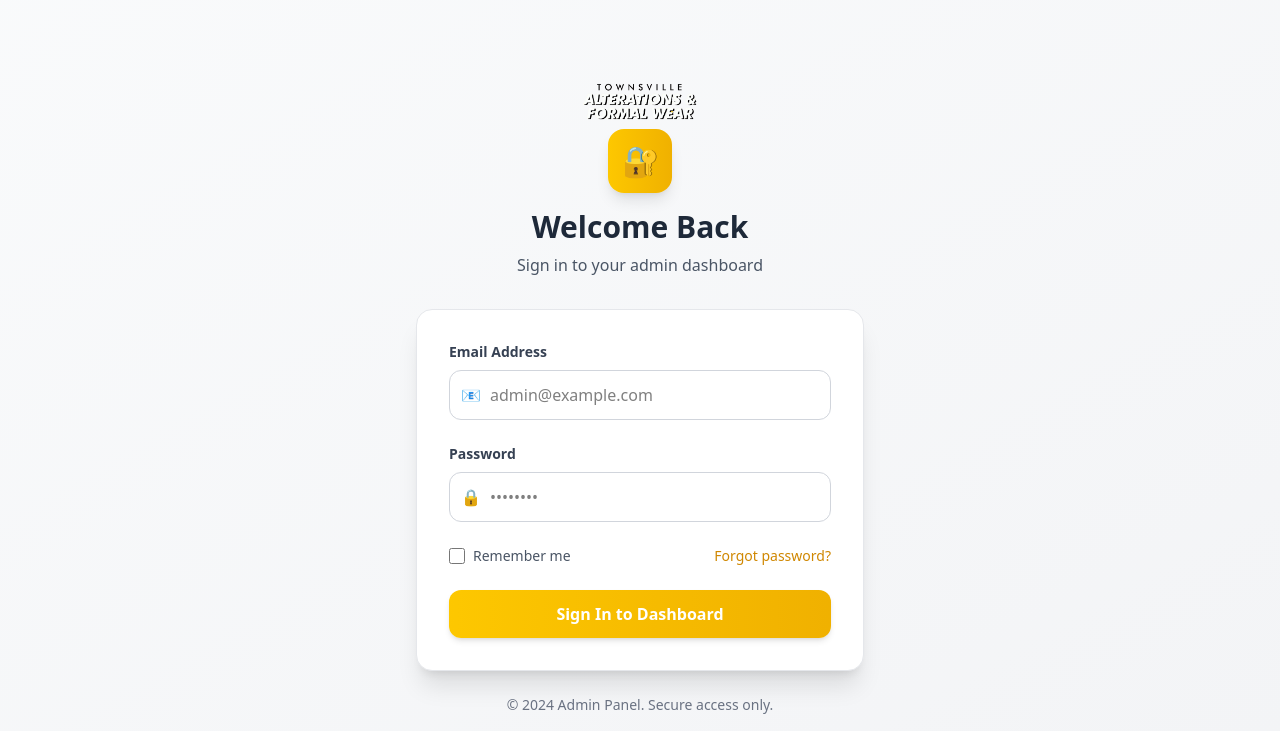
Repository: tarekhasan1/townsville-alteration
Page: /admin-dashboard
An editor plug-in stored every save of this project. The page is shown before and after the next save, followed by the edit.
The browser window is 1280 px wide. The pictures show the whole page.
The page's requests for data from a server got no answer. The project was rebuilt for these pictures with package versions that can differ from the ones it lists, and the page was loaded fresh each time. The framework's server and built-in components were replaced by stand-ins that run in the browser. No one was signed in, and anything a server would have sent is missing. Also part of the build but not shown: next.config.ts, src/components/Navbar.tsx, src/components/ContactSection.tsx, src/components/DevelopedBy.tsx, src/app/admin-dashboard/Sidebar.tsx, src/app/admin-dashboard/DashboardHeader.tsx, src/app/admin-dashboard/UploadSection.tsx, src/app/admin-dashboard/ImageGrid.tsx and 2 more.

Above is the page before, as saved 2026-01-21 05:08:27.

After the next save:
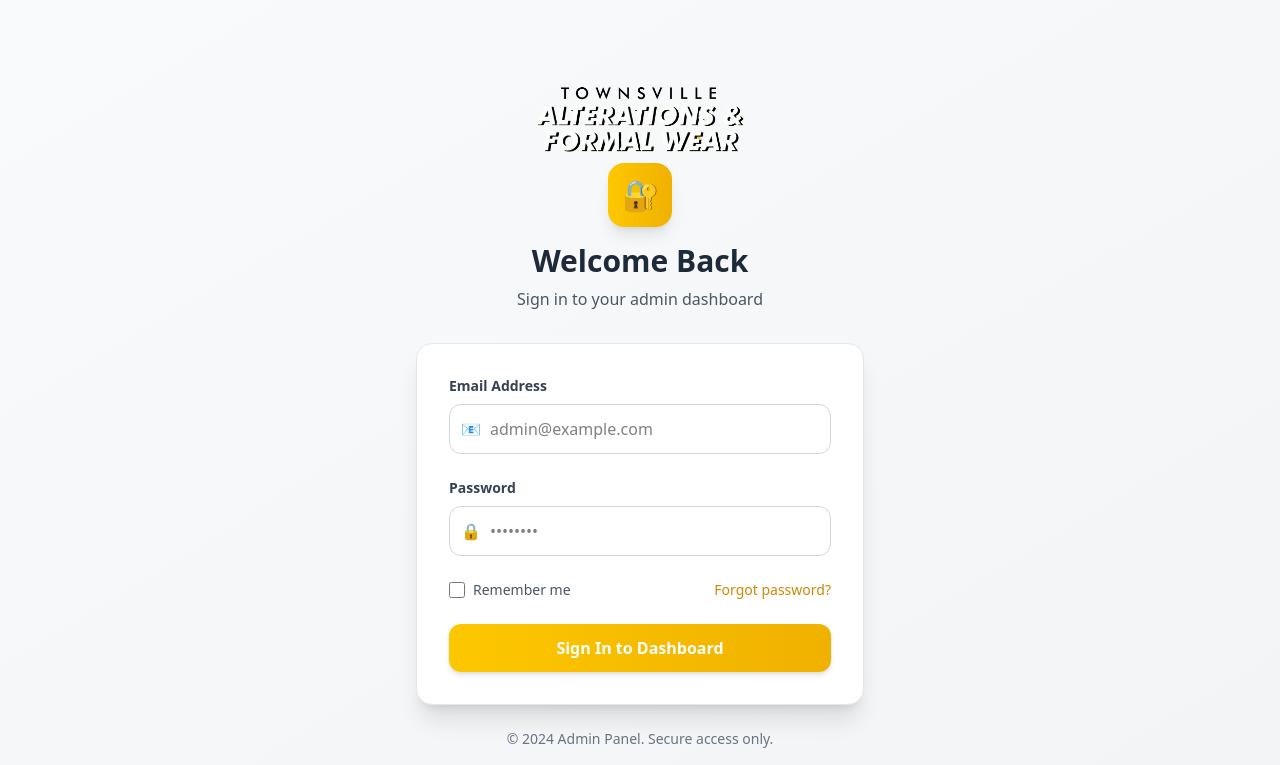
Saved 11 s later.
--- a/src/app/admin-dashboard/AdminLogin.tsx
+++ b/src/app/admin-dashboard/AdminLogin.tsx
@@ -60,7 +60,7 @@ export default function AdminLogin({ onLoginSuccess }: { onLoginSuccess: () => v
     <div className="min-h-screen pt-[80px] flex items-center justify-center bg-gradient-to-br from-gray-50 to-gray-100 p-4">
       <div className="w-full max-w-md">
         <div className='flex flex-col items-center justify-center'>
-                          <Image src="/logo.png" alt="Logo" width={120} height={50} className="mb-2" />
+                          <Image src="/logo.png" alt="Logo" width={220} height={80} className="mb-2" />
                       </div>
         <div className="text-center mb-8">
           <div className="inline-flex items-center justify-center w-16 h-16 rounded-2xl bg-gradient-to-r from-yellow-400 to-yellow-500 mb-4 shadow-lg">
